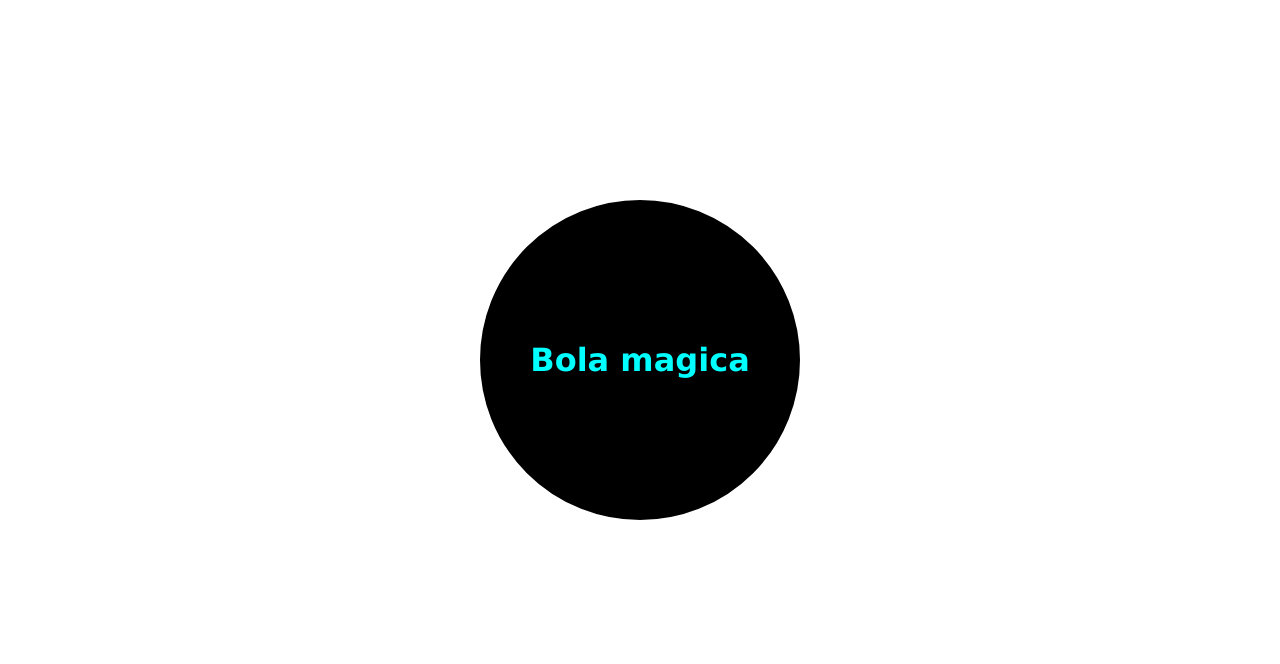
Repository: Kevin8548/FundamentosJS
Page: bolaMagica.html
An editor plug-in stored every save of this project. The page is shown before and after the next save, followed by the edit.
The browser window is 1280 px wide. The pictures show the whole page.

Above is the page before, as saved 2024-09-25 13:24:47.

### bolaMagica.html
<!DOCTYPE html>
<html lang="en">
<head>
    <meta charset="UTF-8">
    <meta name="viewport" content="width=device-width, initial-scale=1.0">
    <title>Fundamentos JavaScript</title>
    <style>
        body{
            margin:0;
            padding:0;
            display:grid;
            width: 100vw;
            height: 100vh;
            place-items: center;
            font-family: Verdana, Geneva, Tahoma, sans-serif;
        }
        div{
            width: 300px;
            height: 300px;
            border-radius:50%;
            border:10px solid black ;
            display: grid;
            place-items: center;
            background-color: black;
            cursor: pointer;
        }
        h1{
            text-align: center;
            color:cyan
        }
    </style>
</head>
<body>
    <div>
        <h1>Bola magica</h1>
    </div>
    <script src="./app.js"></script>
</body>
</html>

### app.js
// apuntar al div
const ball = document.querySelector('div');
const message = document.querySelector('h1');

const eightball = () => {
    // TODO
    // crear numero aleatorio (0-8)
    // switch/case para mensajes distintos
    const phrase = Math.floor(Math.random() * 8);
    switch(phrase){
        case 0:
    message.innerText = "Si"
    break;
    case 1:
    message.innerText = "No"
    break;
    case 2:
    message.innerText = "Gatu "
    break;
    case 3:
    message.innerText = "Los gatos son mejores"
    break;
    case 4:
    message.innerText = "Si pasara"
    break;
    case 5:
    message.innerText = "Ni en sueños"
    break;
    case 6:
    message.innerText = "Tal vez"
    break;
    case 7:
    message.innerText = "Jamas"
    break;
    }
}

ball.addEventListener('click', eightball);

After the next save:
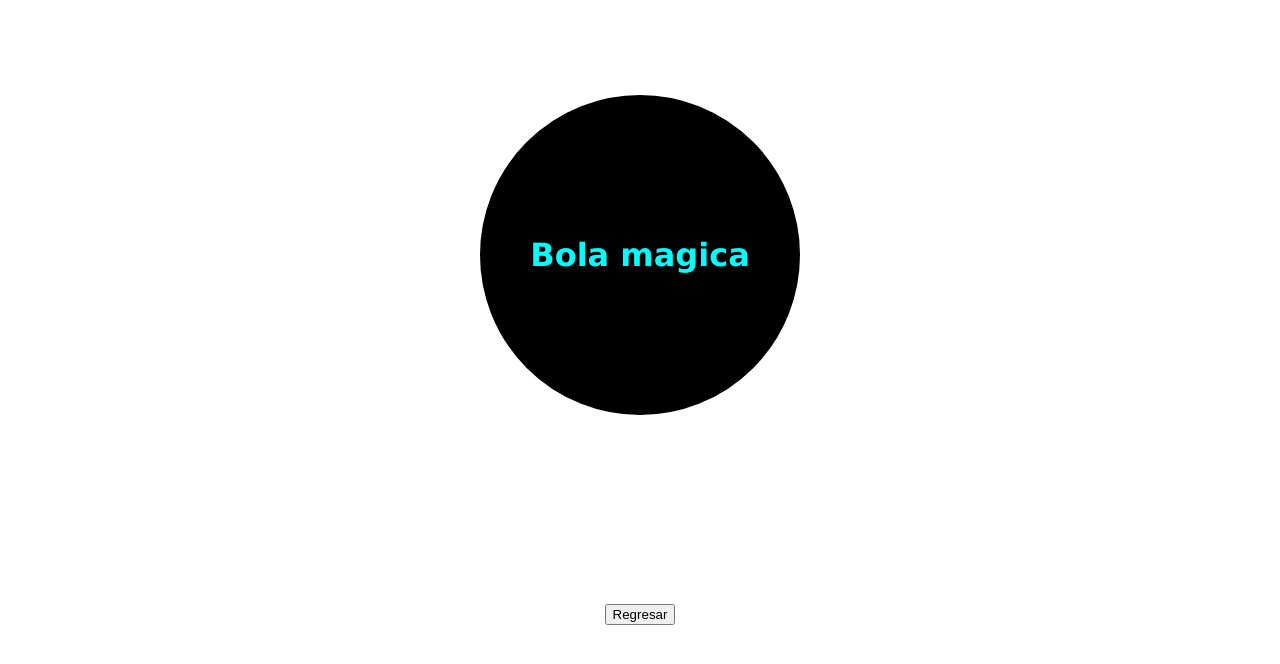
Saved 45 h 27 min later.
--- a/bolaMagica.html
+++ b/bolaMagica.html
@@ -35,5 +35,6 @@
         <h1>Bola magica</h1>
     </div>
     <script src="./app.js"></script>
+    <a href="./index.html"><button>Regresar</button></a>
 </body>
 </html>
